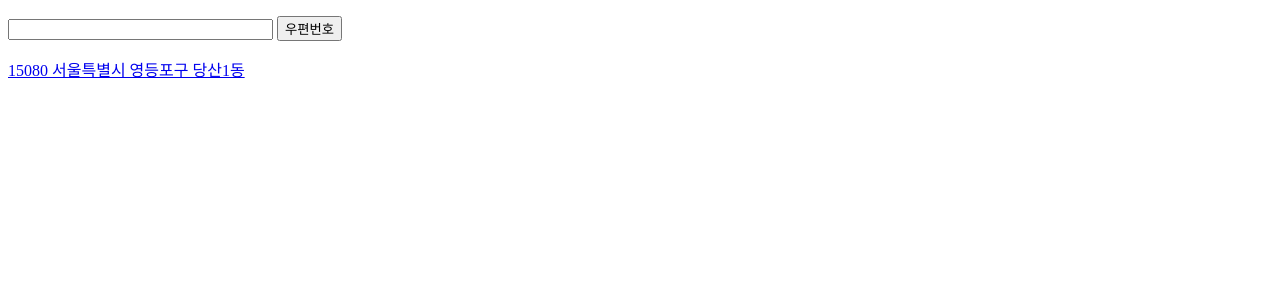
Repository: seoulsudal/Web
Page: http://localhost/personal/template/zipcode.jsp
An editor plug-in stored every save of this project. The page is shown before and after the next save, followed by the edit.
The browser window is 1280 px wide. The pictures show the whole page.
The page is served by Tomcat 9.

Above is the page before, as saved 2021-10-26 10:48:43.

After the next save:
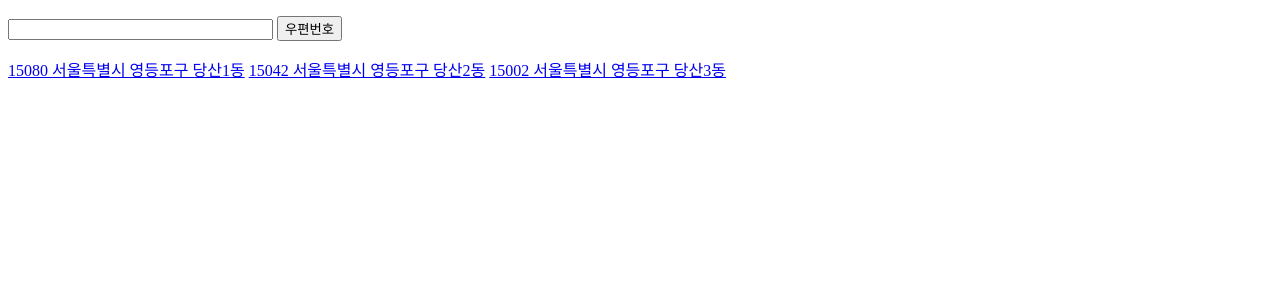
Console error (its wording comes from the project's code and is left out).
Saved 2 min 8 s later.
--- a/personal/src/main/webapp/template/zipcode.jsp
+++ b/personal/src/main/webapp/template/zipcode.jsp
@@ -16,9 +16,11 @@
 <body>
 	<p>
 		<input type="text" name="zipcode" size="30">
-		<input type="button" value="우편번호" onclick="zipcodesearch()">
+		<input type="button" value="우편번호" onclick="#">
 	</p>
 	<a href="javascript:filladd('15080','서울특별시 영등포구 당산1동')">15080 서울특별시 영등포구 당산1동</a>
+	<a href="javascript:filladd('15042','서울특별시 영등포구 당산2동')">15042 서울특별시 영등포구 당산2동</a>
+	<a href="javascript:filladd('15002','서울특별시 영등포구 당산3동')">15002 서울특별시 영등포구 당산3동</a>
 	<br>
 </body>
 </html>
